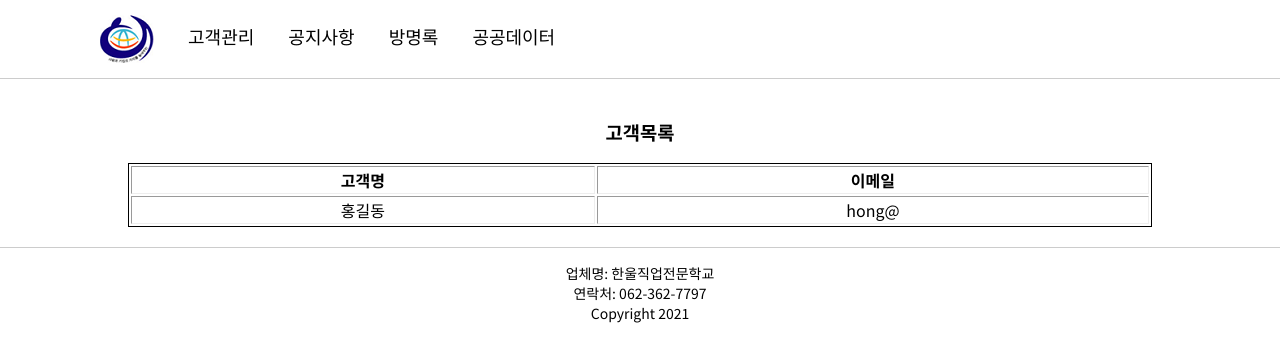
Repository: JSY93/spring-web
Page: http://localhost/iot/WEB-INF/views/customer/list.jsp
The author's editor kept a copy of each file at every save. The page is drawn from the files as they stood at one save, then again after the next save.
The browser window is 1280 px wide. The pictures show the whole page.
The page is served by Tomcat 9. Nobody is signed in. The template is opened directly, without the code that normally fills it, so the values that code supplies are empty.

Above is the page before, as saved 2021-01-08 06:43:47.

After the next save:
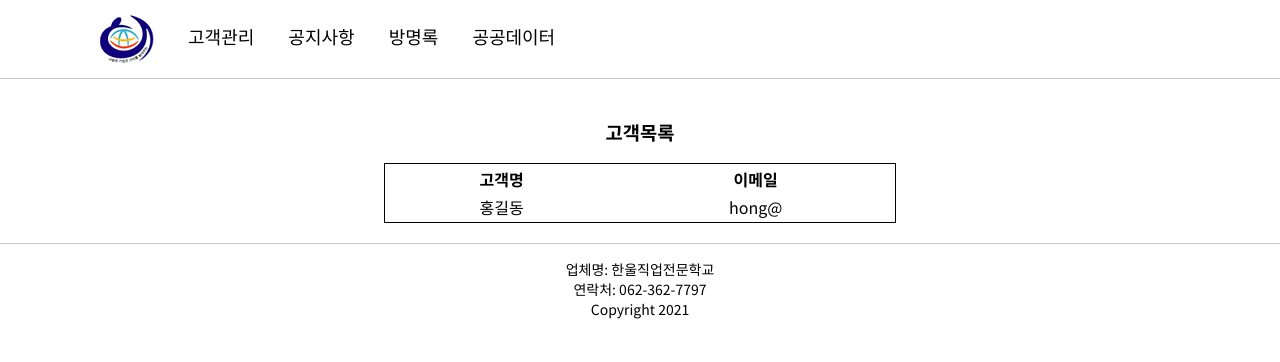
Saved 35 s later.
--- a/Study_Spring/iot/src/main/webapp/WEB-INF/views/customer/list.jsp
+++ b/Study_Spring/iot/src/main/webapp/WEB-INF/views/customer/list.jsp
@@ -9,7 +9,7 @@
 <jsp:include page="/WEB-INF/views/include/header.jsp" />
 <div id='content'>
 <h3>고객목록</h3>
-<table border='1'>
+<table class='w-pct40'>
 <tr><th>고객명</th>
 	<th>이메일</th>
 </tr>
